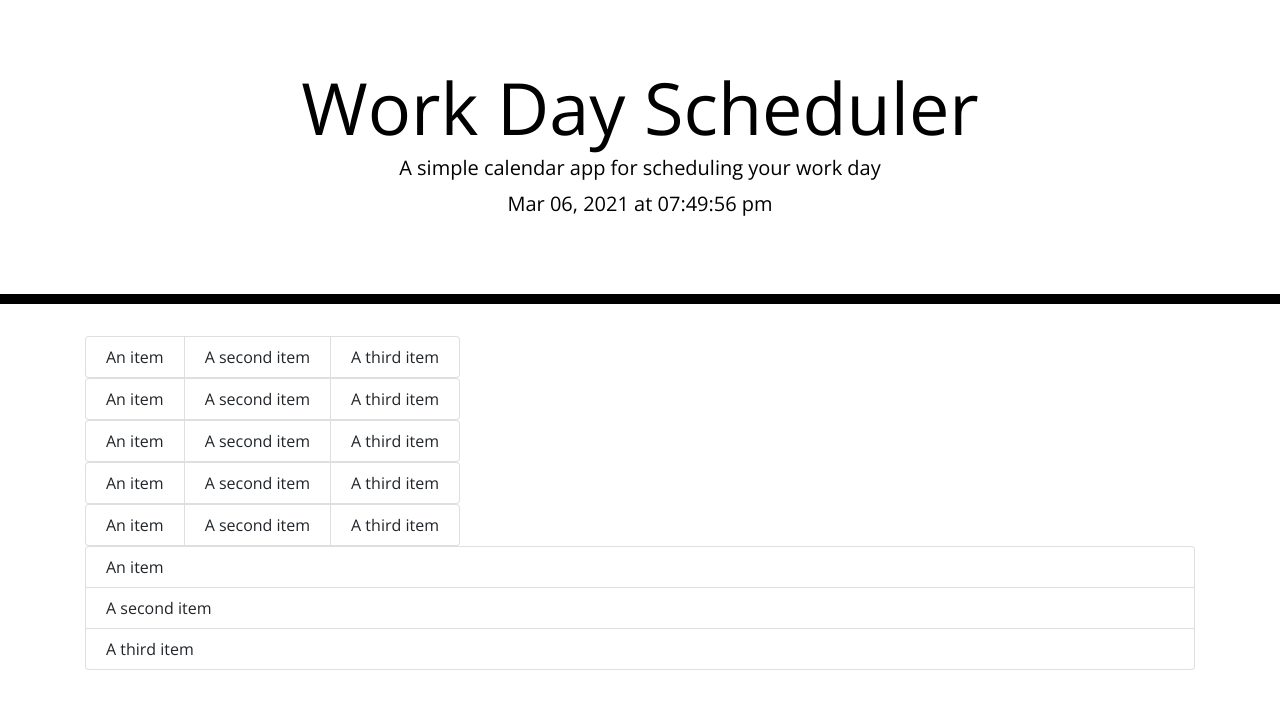
Repository: ziffoit/Work-Day_Scheduler
Page: Develop/index.html
The author's editor kept a copy of each file at every save. The page is drawn from the files as they stood at one save, then again after the next save.
The browser window is 1280 px wide. The pictures show the whole page.
Some web libraries are served in a nearby version.

Above is the page before, as saved 2021-03-16 16:46:17.

### Develop/index.html
<!DOCTYPE html>
<html lang="en">
  <head>
    <meta charset="UTF-8" />
    <meta name="viewport" content="width=device-width, initial-scale=1.0" />
    <meta http-equiv="X-UA-Compatible" content="ie=edge" />
    <link
      rel="stylesheet"
      href="https://stackpath.bootstrapcdn.com/bootstrap/4.3.1/css/bootstrap.min.css"
    />
    <link
      rel="stylesheet"
      href="https://use.fontawesome.com/releases/v5.8.1/css/all.css"
      integrity="sha384-50oBUHEmvpQ+1lW4y57PTFmhCaXp0ML5d60M1M7uH2+nqUivzIebhndOJK28anvf"
      crossorigin="anonymous"
    />
    <link
      href="https://fonts.googleapis.com/css?family=Open+Sans&display=swap"
      rel="stylesheet"
    />
    <link rel="stylesheet" href="style.css" />
    <title>Work Day Scheduler</title>
  </head>

  <body>
    <header class="jumbotron">
      <h1 class="display-3">Work Day Scheduler</h1>
      <p class="lead">A simple calendar app for scheduling your work day</p>
      <p id="currentDay" class="lead"></p>
    </header>
    <div class="container">
      <ul class="list-group list-group-horizontal">
        <li class="list-group-item">An item</li>
        <li class="list-group-item">A second item</li>
        <li class="list-group-item">A third item</li>
      </ul>
      <ul class="list-group list-group-horizontal-sm">
        <li class="list-group-item">An item</li>
        <li class="list-group-item">A second item</li>
        <li class="list-group-item">A third item</li>
      </ul>
      <ul class="list-group list-group-horizontal-md">
        <li class="list-group-item">An item</li>
        <li class="list-group-item">A second item</li>
        <li class="list-group-item">A third item</li>
      </ul>
      <ul class="list-group list-group-horizontal-lg">
        <li class="list-group-item">An item</li>
        <li class="list-group-item">A second item</li>
        <li class="list-group-item">A third item</li>
      </ul>
      <ul class="list-group list-group-horizontal-xl">
        <li class="list-group-item">An item</li>
        <li class="list-group-item">A second item</li>
        <li class="list-group-item">A third item</li>
      </ul>
      <ul class="list-group list-group-horizontal-xxl">
        <li class="list-group-item">An item</li>
        <li class="list-group-item">A second item</li>
        <li class="list-group-item">A third item</li>
      </ul>
      <!-- Timeblocks go here -->
    </div>

    <script src="https://cdnjs.cloudflare.com/ajax/libs/jquery/3.2.1/jquery.min.js"></script>
    <script src="https://cdnjs.cloudflare.com/ajax/libs/moment.js/2.24.0/moment.min.js"></script>
    <script src="script.js"></script>
  </body>
</html>

### Develop/style.css
body {
  font-family: 'Open Sans', sans-serif;
  font-size: 16px;
  line-height: 1;
}

textarea{
  background: transparent;
  border: none;
  resize: none;
  color: #000000;
  border-left: 1px solid black;
  padding: 10px;
}

.jumbotron {
  text-align: center;
  background-color: transparent;
  color: black;
  border-radius: 0;
  border-bottom: 10px solid black;
}

.description{
  white-space: pre-wrap;
}

.time-block{
  text-align: center;
  border-radius: 15px;
}

.row {
  white-space: pre-wrap;
  height: 80px;
  border-top: 1px solid white;;
}

.hour {
  background-color: #ffffff;
  color: #000000;
  border-top: 1px dashed #000000;
}

.past {
  background-color: #d3d3d3;
  color: white;
}

.present {
  background-color: #ff6961;
  color: white;
}

.future {
  background-color: #77dd77;
  color: white;
}

.saveBtn {
  border-left: 1px solid black;
  border-top-right-radius: 15px;
  border-bottom-right-radius: 15px;
  background-color: #06AED5;
  color: white;
}

.saveBtn i:hover {
  font-size: 20px;
  transition: all .3s ease-in-out;
}

### Develop/script.js
var currentDay = $('#currentDay')

function dateAndTime() {
    var rightNow = moment().format('MMM DD, YYYY [at] hh:mm:ss a');
    currentDay.text(rightNow);
  }

  setInterval(dateAndTime, 1000)

After the next save:
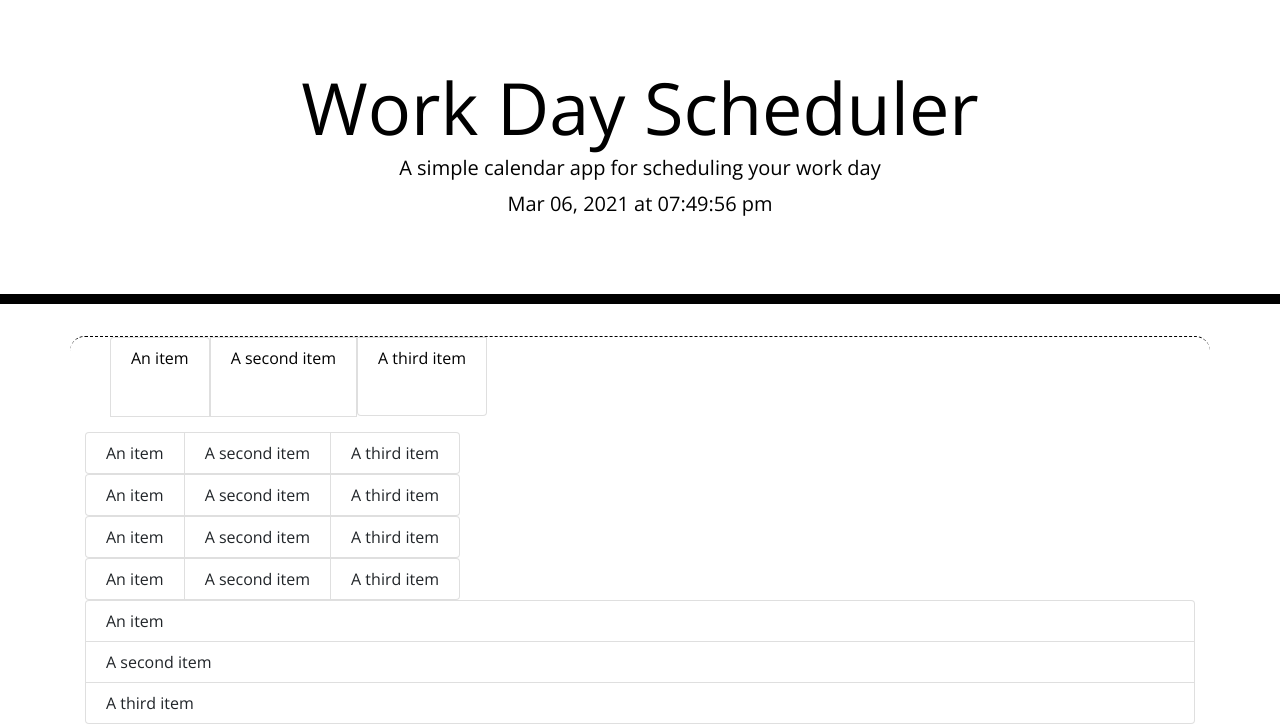
Saved 5 min 9 s later.
--- a/Develop/index.html
+++ b/Develop/index.html
@@ -29,7 +29,7 @@
       <p id="currentDay" class="lead"></p>
     </header>
     <div class="container">
-      <ul class="list-group list-group-horizontal">
+      <ul class="time-block row hour">
         <li class="list-group-item">An item</li>
         <li class="list-group-item">A second item</li>
         <li class="list-group-item">A third item</li>
